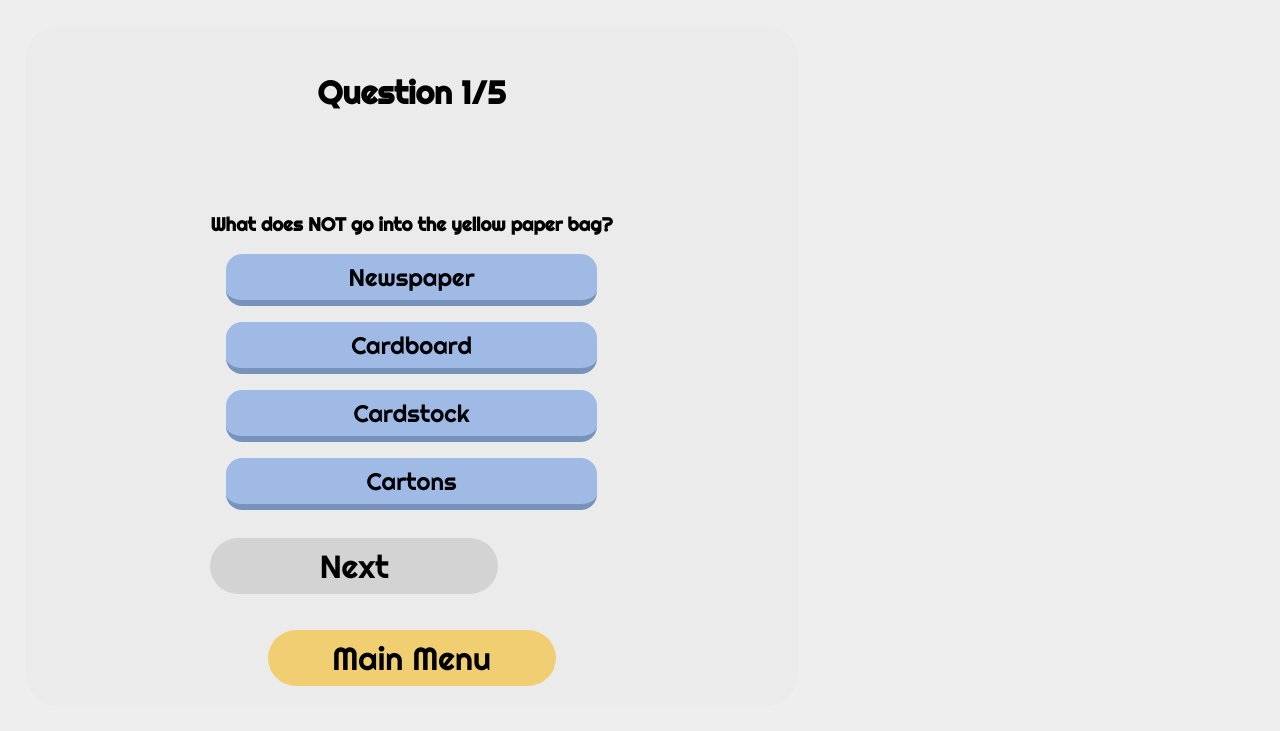
Repository: alemunden/Trash-Scavengers
Page: /quiz
An editor plug-in stored every save of this project. The page is shown before and after the next save, followed by the edit.
The browser window is 1280 px wide. The pictures show the whole page.
The project was rebuilt for these pictures with package versions that can differ from the ones it lists, and the page was loaded fresh each time. The framework's server and built-in components were replaced by stand-ins that run in the browser. Also part of the build but not shown: next.config.mjs.

Above is the page before, as saved 2024-04-07 20:56:58.

### pages/quiz.js
import Link from 'next/link'
import styles from '@/styles/quiz.module.css'
import Button from '@/components/Button'
import { useState } from 'react'
import { quiz } from '@/data/data'

export default function Quiz() {

    const [activeQuestion, setActiveQuestion] = useState(0);
    const [selectedAnswer, setSelectedAnswer] = useState('');
    const [checked, setChecked] = useState(false);
    const [selectedAnswerIndex, setSelectedAnswerIndex] = useState(null);
    const [showResult, setShowResult] = useState(false);
    const [result, setResult] = useState({
        score: 0,
        correctAnswers: 0,
        wrongAnswers: 0
    });
    const {questions} = quiz;
    const {question, answers, correctAnswer} = questions[activeQuestion];

    // select and check answer
    const onAnswerSelected = (answer, idx) => {
        setChecked(true)
        setSelectedAnswerIndex(idx)
        if (answer === correctAnswer) {
            setSelectedAnswer(true)
            console.log('true')
        } else {
            setSelectedAnswer(false)
            console.log('false')
        }
    };

    // calculate score and increment to next question
    const nextQuestion = () => {
        setSelectedAnswerIndex(null)
        setResult((prev) =>
        selectedAnswer ?
        {
            ...prev,
            score: prev.score + 5,
            correctAnswers: prev.correctAnswers + 1
        } : {
            ...prev,
            wrongAnswers: prev.wrongAnswers + 1
        }
    );
    if (activeQuestion !== questions.length - 1) {
        setActiveQuestion((prev) => prev + 1)
    } else {
        setActiveQuestion(0)
        setShowResult(true)
    }
    setChecked(false)
    };

    return(
        <div className={styles.container}>
            <link rel="preconnect" href="https://fonts.googleapis.com"/>
            <link rel="preconnect" href="https://fonts.gstatic.com" crossorigin/>
            <link href="https://fonts.googleapis.com/css2?family=Righteous&display=swap" rel="stylesheet"/>
            <div className={styles.questionHeaderContainer}>
                <h2 className={styles.questionHeader}>
                    Question {activeQuestion + 1}
                    <span>/{questions.length}</span>
                </h2>
            </div>
            <div className={styles.quizList}>
                {!showResult ? (<div className={styles.quizContainer}>
                    <h3 className={styles.question}>{questions[activeQuestion].question}</h3>
                    {answers.map((answer, idx) => (
                        <li
                        key={idx}
                        onClick={() => onAnswerSelected(answer, idx)}
                        className={selectedAnswerIndex === idx ? 'liSelected' : 'liHover'}>
                            <span>{answer}</span>
                        </li>
                    ))}
                    {checked ? (<button onClick={nextQuestion} className={styles.btn}>{activeQuestion === question.length - 1 ? 'Finish' : 'Next'}</button>) : (<button onClick={nextQuestion} disabled className={styles.btnDisabled}>{''}{activeQuestion === question.length - 1 ? 'Finish' : 'Next'}</button>)}
                </div>) : (
                <div className={styles.quizContainer}>
                    <h3>Results</h3>
                    <h3>Overall {(result.score /25) * 100}%</h3>
                    <p>Total questions: <span>{questions.length}</span></p>
                    <p>Total score: <span>{result.score}</span></p>
                    <p>Correct answers: <span>{result.correctAnswers}</span></p>
                    <p>Wrong answers: <span>{result.wrongAnswers}</span></p>
                    <button onClick={()=> window.location.reload()}>Restart</button>
                </div>
                )}
            </div>
            <Button buttonText={'Main Menu'} bgColor="#F2CE73"/>
        </div>
    )
}

### styles/globals.css
:root {
    --white: #eee;
    --black: #000;
    --light-green: #B4E88C;
    --light-blue: #9EBAE5;
    --light-gray: #EBEBEB;
}

html, body {
    overflow-x: hidden;
    background-color: var(--white);
  }

main {
    padding: 1rem;
  }

li {
    list-style-type: none;
    cursor: pointer;
    margin: 1rem;
    padding: 0.5rem;
    color: #000105;
    background-color: var(--light-blue);
    border-radius: 1rem;
    border-bottom: 6px solid #7893bb;
    font-family: "Righteous", sans-serif;
    text-align: center;
    font-size: 1.5rem;
  }

.liHover:hover {
    background-color: #7893bb;
    columns: #fff;
}

.liSelected {
    color: #fff;
    background-color: #000925;
}

### styles/quiz.module.css
.questionHeaderContainer {
    display: flex;
    justify-content: center;
}

.questionHeader {
    font-family: "Righteous", sans-serif;
    font-size: 2rem;
}

.question {
    font-family: "Righteous", sans-serif;
    text-align: center;

}

.li {
    list-style-type: none;
    cursor: pointer;
    margin: 9px 0;
    padding: 16px 8px;
    color: #000105;
    background-color: var(--light-blue);
  }

.liHover:hover {
    background-color: #d8d8d8;
    columns: #fff;
}

.liSelected {
    color: #fff;
    background-color: #000925;
}

.container {
    max-width: 740px;
    margin: 1.1rem;
    padding: 1rem;
    background-color: var(--light-gray);
    border-radius: 2rem;
    height: 90vh;
    display: flex;
    flex-direction: column;
    justify-content: space-around;
    align-items: center;
}

.quizList {
    display: flex;
    flex-direction: column;
    justify-content: space-around;
}

.quizContainer {
    padding: 1rem;
    margin-top: 2rem;
    border-radius: 4px;
}

.container p {
    padding: 8px 0;
}

.btn {
    padding: 0.5rem;
    border-radius: 2rem;
    width: 100%;
    margin-top: 12px;
    font-size: 2rem;
    color: var(--black);
    font-family: "Righteous", sans-serif;
    border: 0;
    background-color: var(--light-blue);
}

.btnDisabled {
    background-color: lightgray;
    padding: 0.5rem;
    border-radius: 2rem;
    width: 18rem;
    margin-top: 12px;
    font-size: 2rem;
    color: var(--black);
    font-family: "Righteous", sans-serif;
    border: 0;
}

### components/Button/index.js
import styles from './Button.module.css'

export default function Button({buttonText, bgColor, borderColor}) {
    return(
        <>
            <button className={styles.button} style={{backgroundColor: bgColor, borderBottom: borderColor}}>
                {buttonText}
            </button>
        </>
    )
}

### data/data.js
export const quiz = {
    totalQuestions: 5,
    questions: [
        {
            id: 1,
            question: 'What does NOT go into the yellow paper bag?',
            answers: ['Newspaper', 'Cardboard', 'Cardstock', 'Cartons'],
            correctAnswer: 'Cartons'
        },
        {
            id: 2,
            question: 'Is foam packaging only able to be recycled at a depot?',
            answers: ['Yes', 'No'],
            correctAnswer: 'No'
        },
        {
            id: 3,
            question: 'What percentage of collected material is managed by recycling?',
            answers: ['50%', '80%', '60%', '90%'],
            correctAnswer: '90%'
        },
        {
            id: 4,
            question: 'What item goes into the blue recycling bin?',
            answers: ['Disposable hangers', 'Glass bottles', 'Plastic lids', 'Foam food containers'],
            correctAnswer: 'Plastic lids'
        },
        {
            id: 5,
            question: 'Are glass bottles able to be taken to a depot?',
            answers: ['Yes', 'No'],
            correctAnswer: 'No'
        }
    ]
}

### components/Button/Button.module.css
.button {
    padding: 0.5rem;
    border-radius: 2rem;
    width: 18rem;
    margin-top: 12px;
    font-size: 2rem;
    color: var(--black);
    font-family: "Righteous", sans-serif;
    border: 0;
}

Loaded but not shown: pages/_app.js (common file); pages/_document.js (common file)

After the next save:
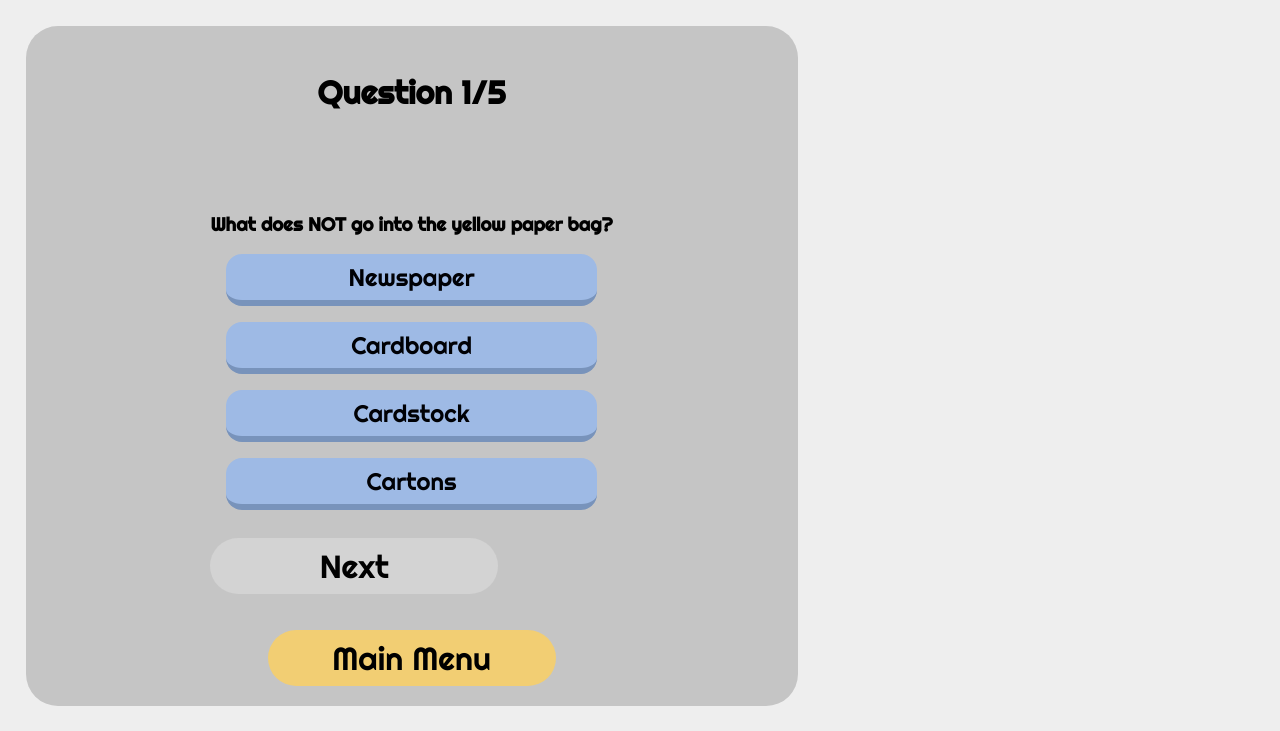
Saved 27 s later.
--- a/styles/globals.css
+++ b/styles/globals.css
@@ -3,7 +3,7 @@
     --black: #000;
     --light-green: #B4E88C;
     --light-blue: #9EBAE5;
-    --light-gray: #EBEBEB;
+    --light-gray: #c5c5c5;
 }
 
 html, body {
